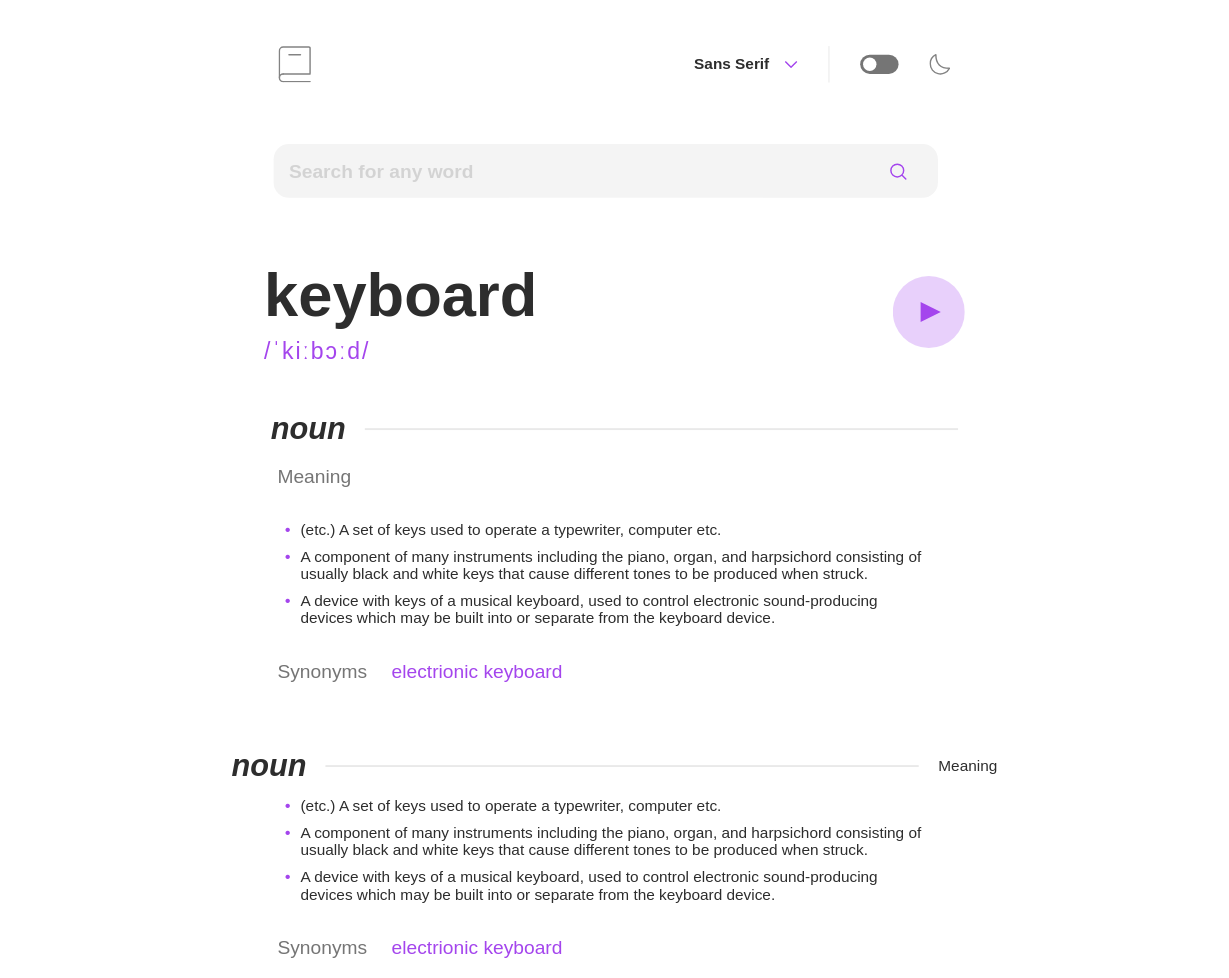
Repository: Arkitecth/dictionary-app
Page: index.html
These files come from the project's save history. The page is drawn as it stood at one moment and after the next save; the edit follows.
The browser window is 1280 px wide. The pictures show the whole page, at 96% of full size.

Above is the page before, as saved 2023-07-20 16:58:45.

### index.html
<!DOCTYPE html>
<html lang="en">
<head>
  <meta charset="UTF-8">
  <meta name="viewport" content="width=device-width, initial-scale=1.0">
  <link rel="stylesheet" href="styles.css">
  <title>Dictionary</title>
</head>
<body>

  <!-- Navigation -->
  <nav>
    <img src="assets/images/logo.svg" alt="logo">

    <div class="right">
      <div class="fonts">
        <p>Sans Serif</p>
        <img src="assets/images/icon-arrow-down.svg" alt="icon-arrow-down">
      </div>

      <div class="ruler"></div>

      <div class="togglers">
        <!-- Rounded switch -->
        <label class="switch">
          <input type="checkbox">
          <span class="slider round"></span>
        </label>
        <img src="assets/images/icon-moon.svg" alt="moon-icon">
      </div>
    </div>
  </nav>


  <!-- Search Bar -->
  <section class="search">
    <label for="search-bar"></label>
    <input type="text" name="search-bar" id="search-bar" placeholder="Search for any word">
    <img src="assets/images/icon-search.svg" alt="search-icon" class="search-icon">
  </section>


  <main>
    <section class="word-view">
      <div class="word-group">
        <h1>keyboard</h1>
        <p>/ˈkiːbɔːd/</p>
      </div>
      <img class="icon-play" src="assets/images/icon-play.svg" alt="icon-play">
    </section>

    <div class="speech-part-group">
      <p class="speech-part">noun</p>
      <div class="grey-rule"></div>
    </div>

    <section class="description">
      <p>Meaning</p>
      <ul>
        <li>(etc.) A set of keys used to operate a typewriter, computer etc.</li>
        <li>A component of many instruments including the piano, organ, and harpsichord consisting of usually black and white keys that cause different tones to be produced when struck.</li>
        <li>A device with keys of a musical keyboard, used to control electronic sound-producing devices which may be built into or separate from the keyboard device.</li>
      </ul>
      <p class="synonymn">Synonyms <span>electrionic keyboard</span></p>

    </section>
    <div class="speech-part-group">
      <p class="speech-part">noun</p>
      <div class="grey-rule"></div>
      <p>Meaning</p>
    </div>

    <section class="description">
      <ul>
        <li>(etc.) A set of keys used to operate a typewriter, computer etc.</li>
        <li>A component of many instruments including the piano, organ, and harpsichord consisting of usually black and white keys that cause different tones to be produced when struck.</li>
        <li>A device with keys of a musical keyboard, used to control electronic sound-producing devices which may be built into or separate from the keyboard device.</li>
      </ul>
      <p class="synonymn">Synonyms <span>electrionic keyboard</span></p>

    </section>





  </main>

</body>
</html>

### styles.css
:root {
    --dark-grey: #757575;
    --purple:#a445ed;
    --light-grey:#f4f4f4;
    --dark-three:#2d2d2d;
    --lighter-grey:#e9e9e9;
}


* {
    margin: 0;
    padding: 0;
}



/* Main Styling */
body {
    max-width: 1100px;
    margin: 0 auto;
    font-family: sans-serif;
    color: var(--dark-three);
}


/* Light Styling */

/* Nav Styling */
nav {
    display: flex;
    justify-content: space-around;
    margin-top: 3rem;
}

.right {
    display: flex;
    gap: 2rem;
}

.fonts {
    display: flex;
    gap: 1rem;
    align-items: center;
    font-weight: 600;
}

.ruler {
    width: 1px;
    background-color: #e9e9e9;
}

.togglers {
    display: flex;
    gap: 2rem;
    align-items: center;
}



/* The switch - the box around the slider */
.switch {
  position: relative;
  display: inline-block;
  width: 40px;
  height: 20px;
}

/* Hide default HTML checkbox */
.switch input {
  opacity: 0;
  width: 0;
  height: 0;
}

/* The slider */
.slider {
  position: absolute;
  cursor: pointer;
  top: 0;
  left: 0;
  right: 0;
  bottom: 0;
  background-color: var(--dark-grey);
  -webkit-transition: .4s;
  transition: .4s;
}

.slider:before {
  position: absolute;
  content: "";
  height: 14px;
  width: 14px;
  left: 3px;
  bottom: 3px;
  background-color: white;
  -webkit-transition: .4s;
  transition: .4s;
}

input:checked + .slider {
  background-color: var(--purple)
}

input:focus + .slider {
  box-shadow: 0 0 1px var(--purple)
}

input:checked + .slider:before {
  -webkit-transform: translateX(20px);
  -ms-transform: translateX(20px);
  transform: translateX(20px);
}

/* Rounded sliders */
.slider.round {
  border-radius: 34px;
}

.slider.round:before {
  border-radius: 50%;
}



/* Search */

.search {
    text-align: center;
    margin-top: 4rem;
    display: flex;
    justify-content: center;
}

input[type="text"] {
    width:60%;
    height: 1.5rem;
    padding: 1rem;
    border-radius: 16px;
    border: none;
    background-color: var(--light-grey);
    outline: none;
    font-size: 20px;
    font-weight: 700;

}

input[type="text"]:active,
input[type="text"]:focus {
    border: 1px solid var(--purple);
}


input[type="text"]::placeholder {
    opacity: 0.25;
}

.search-icon {
    transform: translate(-50px,1px);
    text-align: center;
}



/* Word View */

main {
    display: flex;
    flex-direction: column;
}


.word-view {
    text-align: center;
    margin-top: 4rem;
    display: flex;
    justify-content: space-around;
}
.word-group h1 {
    font-size: 4rem;
}

.word-group p {
    text-align: left;
    font-size: 1.5rem;
    color: var(--purple);
    font-weight: 400;
    padding-top: 0.5rem;
    letter-spacing: 2px;
}


/* Speech Part(noun, pronoun, verb) */
.speech-part-group {
    display: flex;
    justify-content: center;
    align-items: center;
    gap: 20px;
    margin-top: 3rem;
}
.speech-part {
    text-align: left;
    font-size: 2rem;
    font-weight: 700;
    font-style: italic;
}
.grey-rule {
    border: 1px solid var(--lighter-grey);
    height: 0;
    width: 56%;
}

/* Description */
.description {
    /* width: fit-content;
    margin: 0 auto;
    margin-top: 2rem; */
    width: 64%;
    margin: 0 auto;
}



.description p {
    color: var(--dark-grey);
    text-align: left;
    font-size: 1.25rem;
    padding: 20px 1px;

}

ul {
    text-align: left;
    padding: 10px 20px;
    list-style: none;
}
ul li::before {
    content: "\2022";
    width: 1rem;
    font-weight: bold;
    display: inline-block;
    margin-left: -1em;
    color: var(--purple);
}
ul li{
    padding: 5px;
    color: var(--dark-three);
}
.synonymn span {
    color: var(--purple);
    padding: 0 20px;
}


/* Mobile Styels */

@media screen and (max-width:375px) {

    input[type="text"] {
        width: 327px;
    }
    .search {
        margin-left: 10px;
    }

    .word-group h1 {
        font-size: 32px;
    }

    .icon-play {
        width: 48px;
    }

    .description {
        width: 275px;
    }

    .speech-part {
        font-size: 18px;
    }

    .description p {
        font-size: 16px;
    }
}

After the next save:
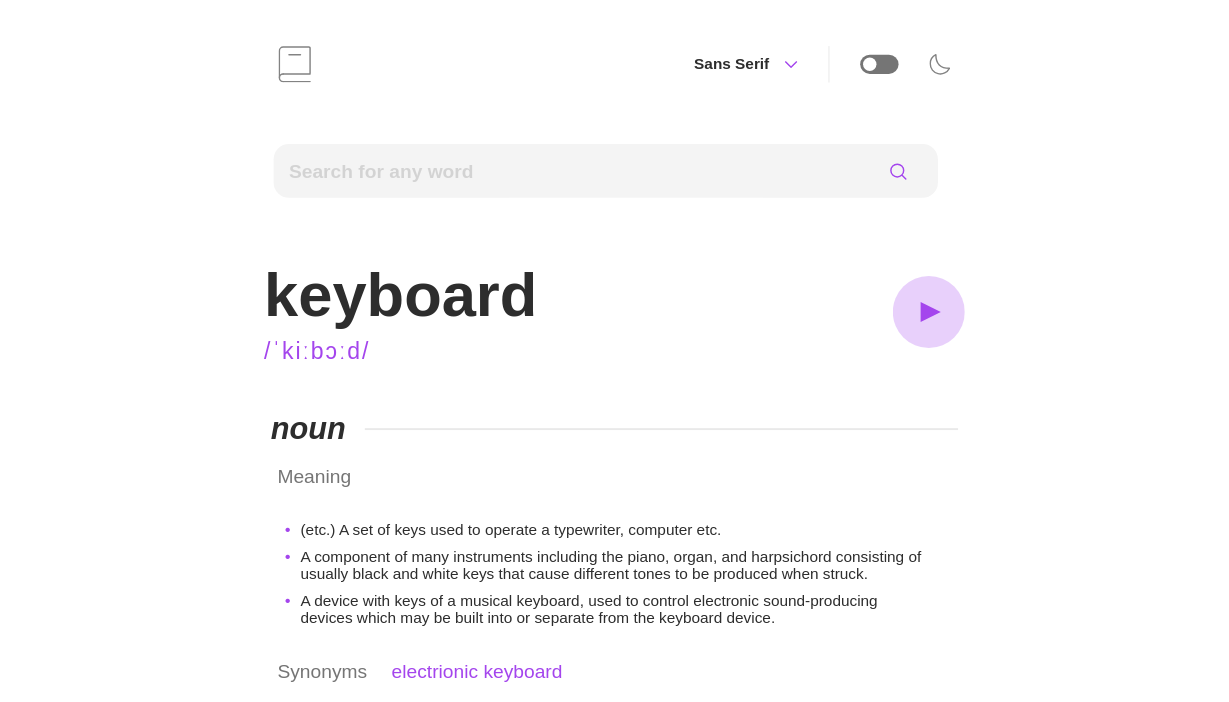
Saved 29 s later.
--- a/index.html
+++ b/index.html
@@ -64,13 +64,13 @@
       <p class="synonymn">Synonyms <span>electrionic keyboard</span></p>
 
     </section>
-    <div class="speech-part-group">
+    <!-- <div class="speech-part-group">
       <p class="speech-part">noun</p>
       <div class="grey-rule"></div>
-      <p>Meaning</p>
     </div>
 
     <section class="description">
+      <p>Meaning</p>
       <ul>
         <li>(etc.) A set of keys used to operate a typewriter, computer etc.</li>
         <li>A component of many instruments including the piano, organ, and harpsichord consisting of usually black and white keys that cause different tones to be produced when struck.</li>
@@ -79,7 +79,7 @@
       <p class="synonymn">Synonyms <span>electrionic keyboard</span></p>
 
     </section>
-
+    -->
 
 
 
